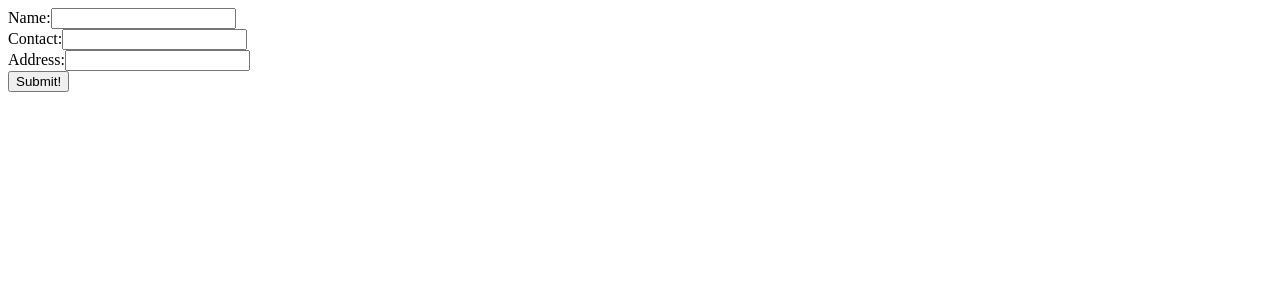
Repository: kushagraBhargava16/AllProjects
Page: http://localhost/CRUDByJSP/
These files come from the project's save history. The page is drawn as it stood at one moment and after the next save; the edit follows.
The browser window is 1280 px wide. The pictures show the whole page.
The page is served by Tomcat 9. Other server files are loaded and not shown.

Above is the page before, as saved 2015-11-30 09:40:04.

### CURDWORKSPACE/CRUDByJSP/WebContent/index.jsp
<%@ page language="java" contentType="text/html; charset=ISO-8859-1"
    pageEncoding="ISO-8859-1"%>
<!DOCTYPE html PUBLIC "-//W3C//DTD HTML 4.01 Transitional//EN" "http://www.w3.org/TR/html4/loose.dtd">
<html>
<head>
<meta http-equiv="Content-Type" content="text/html; charset=ISO-8859-1">
<title>Insert title here</title>
</head>
<body>
<form method="post" action="EmployeeServlet">
	Name:<input type="text" name="name"><br/>
	Contact:<input type="text" name="contact"><br/>
	Address:<input type="text" name="address"><br/>
	<input type="submit" value="Submit!">
</form>
</body>
</html>

After the next save:
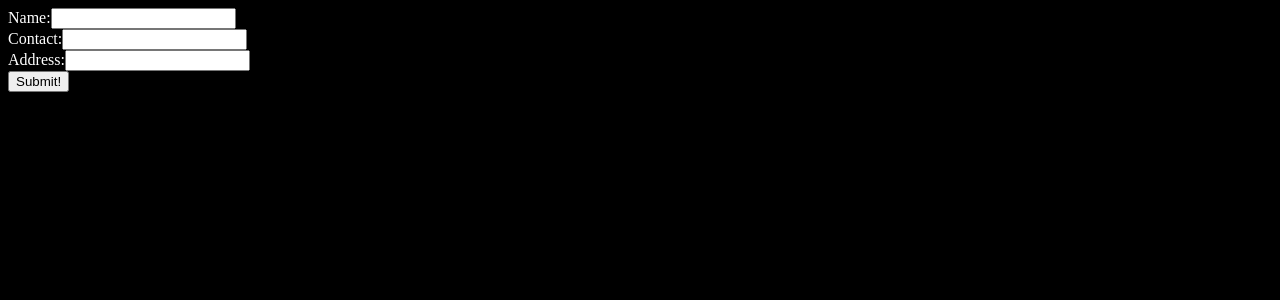
Saved 49 s later.
--- a/CURDWORKSPACE/CRUDByJSP/WebContent/index.jsp
+++ b/CURDWORKSPACE/CRUDByJSP/WebContent/index.jsp
@@ -6,7 +6,7 @@
 <meta http-equiv="Content-Type" content="text/html; charset=ISO-8859-1">
 <title>Insert title here</title>
 </head>
-<body>
+<body style="background-color: black;color: white;">
 <form method="post" action="EmployeeServlet">
 	Name:<input type="text" name="name"><br/>
 	Contact:<input type="text" name="contact"><br/>
